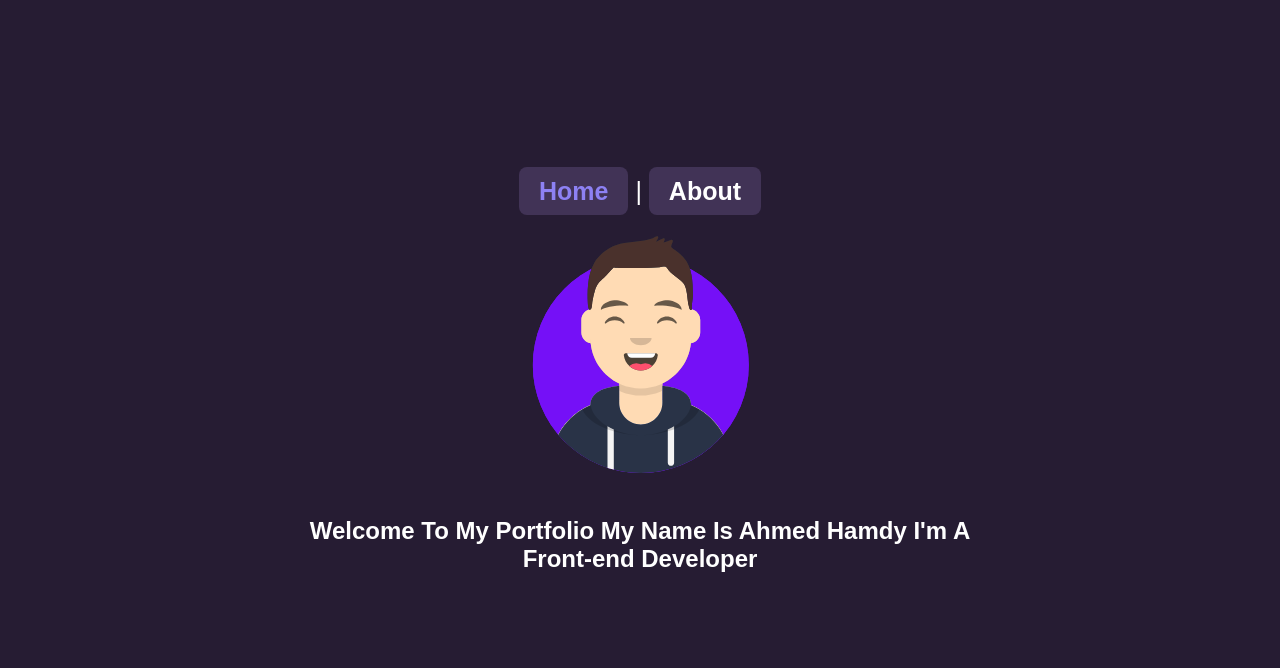
Repository: ahamdy997/portfolio
Page: /
An editor plug-in stored every save of this project. The page is shown before and after the next save, followed by the edit.
The browser window is 1280 px wide. The pictures show the whole page.
The project was rebuilt for these pictures with package versions that can differ from the ones it lists, and the page was loaded fresh each time. Also part of the build but not shown: vue.config.js.

Above is the page before, as saved 2023-11-05 02:30:01.

### public/index.html
<!DOCTYPE html>
<html lang="">
  <head>
    <meta charset="utf-8" />
    <meta http-equiv="X-UA-Compatible" content="IE=edge" />
    <meta name="viewport" content="width=device-width,initial-scale=1.0" />
    <link rel="icon" href="<%= BASE_URL %>favicon.ico" />
    <title><%= htmlWebpackPlugin.options.title %></title>
  </head>
  <body>
    <noscript>
      <strong
        >We're sorry but <%= htmlWebpackPlugin.options.title %> doesn't work
        properly without JavaScript enabled. Please enable it to
        continue.</strong
      >
    </noscript>
    <div id="app"></div>
    <!-- built files will be auto injected -->
    <!-- <css-doodle>
      :doodle { @grid: 1x3 / 100vmax; position: absolute; top: 0; left: 0;
      z-index: -1; } @size: 100% 150%; position: absolute; background: @m(100, (
      linear-gradient(transparent, @p( #FFFDE1@repeat(2, @p([0-9a-f])),
      #FB3569@repeat(2, @p([0-9a-f])) )) @r(0%, 100%) @r(0%, 100%) / @r(1px)
      @r(23vmin) no-repeat )); will-change: transform; animation: f 50s linear
      calc(-50s / @size() * @i()) infinite; @keyframes f { from { transform:
      translateY(-100%) } to { transform: translateY(100%) } }
    </css-doodle>

    <script src="https://unpkg.com/css-doodle@0.6.1/css-doodle.min.js"></script> -->
  </body>
</html>

### src/App.vue
<template>
  <header>
    <nav>
      <router-link to="/">Home</router-link> |
      <router-link to="/about">About</router-link>
    </nav>
  </header>
  <router-view />
</template>

<style>
#app {
  text-align: center;
  color: white;
}
* {
  box-sizing: border-box;
  padding: 0;
  margin: 0;
}
header {
  font-size: 25px;
  width: 100%;
}
nav {
  padding: 30px;
  text-align: center;
}
body {
  font-family: sans-serif;
  height: 100vh;
  background: #261c33;
  display: flex;
  align-items: center;
  justify-content: center;
  width: 100vw;
}
nav a {
  font-weight: bold;
  color: #fff;
  text-decoration: none;
  border-radius: 8px;
  background-color: #56447092;
  padding: 10px 20px;
}
a:hover {
  color: rgba(137, 147, 200, 0.7);
}

nav a.router-link-exact-active {
  color: #8d81f3;
}
</style>

### src/views/HomeView.vue
<template>
  <div class="home">
    <img src="../assets/mf-avatar.svg" alt="happy person" />
    <HelloWorld msg="Welcome to Your Vue.js App" />
  </div>
</template>

<script>
// @ is an alias to /src
import HelloWorld from "@/components/HelloWorld.vue";

export default {
  name: "HomeView",
  components: {
    HelloWorld,
  },
};
</script>
<style scoped>
img {
  margin-bottom: 40px;
}
</style>

### src/components/HelloWorld.vue
<template>
  <div class="hello">
    <h2>
      Welcome To My Portfolio My Name Is Ahmed Hamdy I'm A Front-end Developer
    </h2>
  </div>
</template>

<script>
export default {
  name: "HelloWorld",
  props: {
    msg: String,
  },
};
</script>

<!-- Add "scoped" attribute to limit CSS to this component only -->
<style scoped>
.hello {
  margin: auto;
  width: 80%;
}
h3 {
  margin: 40px 0 0;
}
ul {
  list-style-type: none;
  padding: 0;
}
li {
  display: inline-block;
  margin: 0 10px;
}
a {
  color: #42b983;
}
</style>

Loaded but not shown: src/main.js (common file); src/router/index.js (common file)

After the next save:
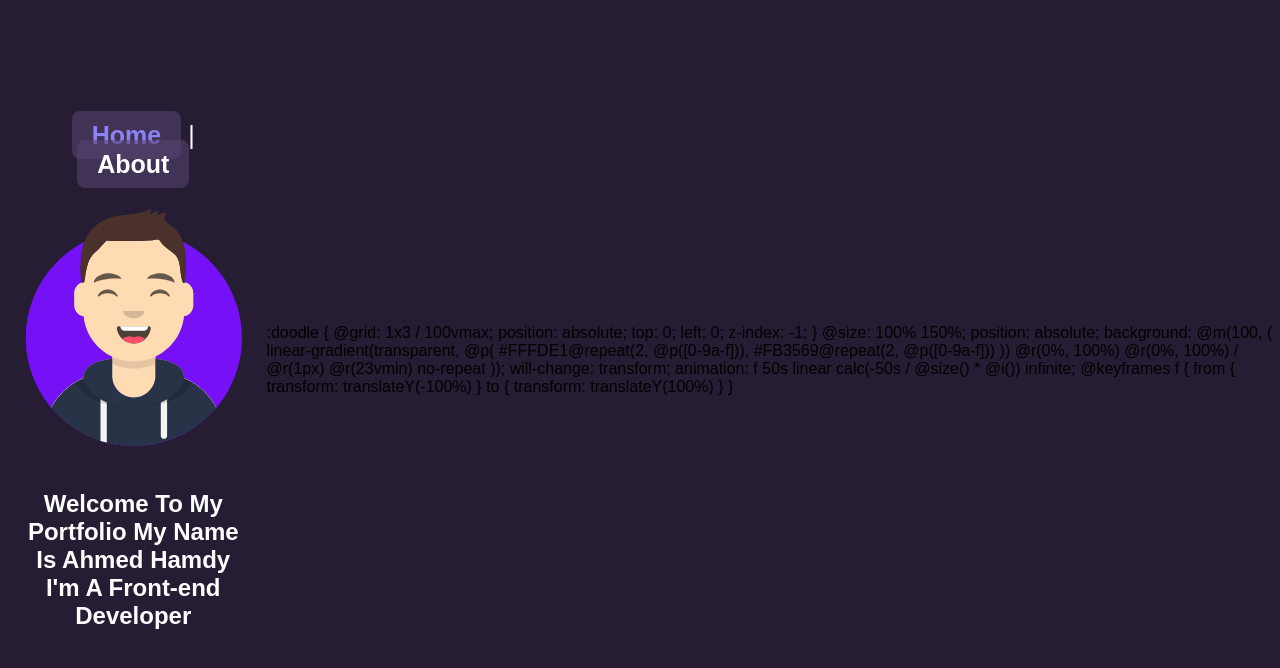
Saved 31 s later.
--- a/public/index.html
+++ b/public/index.html
@@ -17,7 +17,7 @@
     </noscript>
     <div id="app"></div>
     <!-- built files will be auto injected -->
-    <!-- <css-doodle>
+    <css-doodle>
       :doodle { @grid: 1x3 / 100vmax; position: absolute; top: 0; left: 0;
       z-index: -1; } @size: 100% 150%; position: absolute; background: @m(100, (
       linear-gradient(transparent, @p( #FFFDE1@repeat(2, @p([0-9a-f])),
@@ -27,6 +27,6 @@
       translateY(-100%) } to { transform: translateY(100%) } }
     </css-doodle>
 
-    <script src="https://unpkg.com/css-doodle@0.6.1/css-doodle.min.js"></script> -->
+    <script src="https://unpkg.com/css-doodle@0.6.1/css-doodle.min.js"></script>
   </body>
 </html>

After the 4 saves that followed:
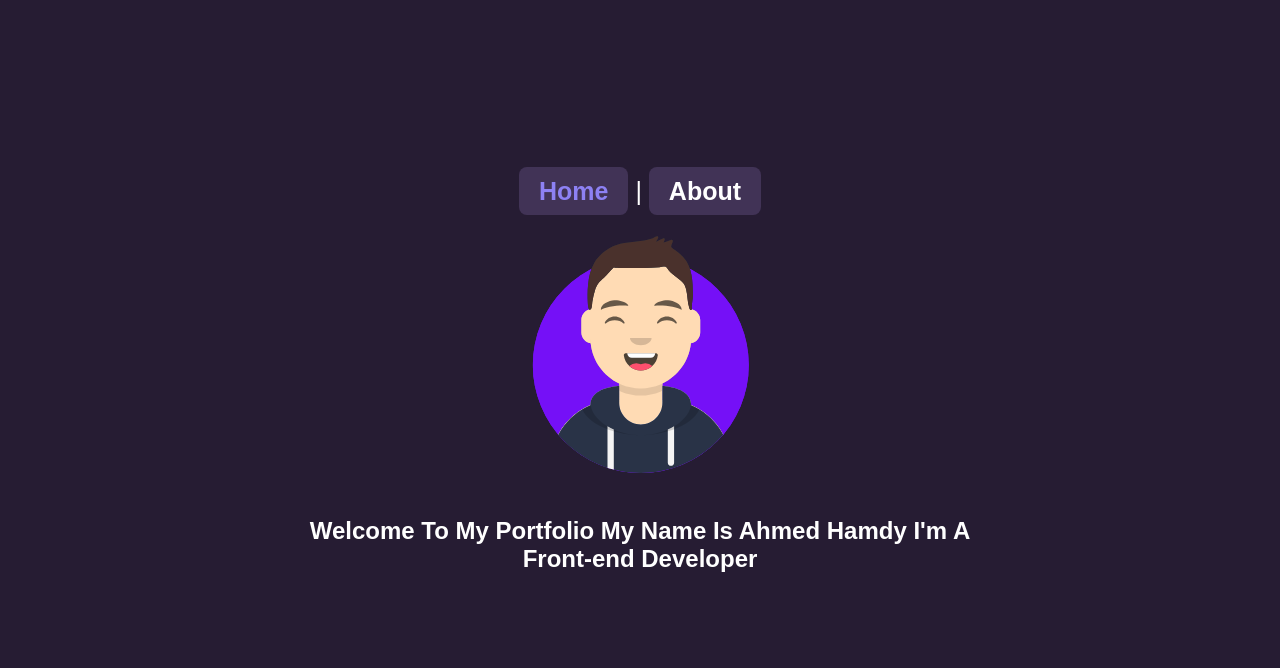
The 4 saves are shown as one change because 3 left the picture as it was.
The last was saved 9 min 38 s later.
--- a/public/index.html
+++ b/public/index.html
@@ -18,13 +18,18 @@
     <div id="app"></div>
     <!-- built files will be auto injected -->
     <css-doodle>
-      :doodle { @grid: 1x3 / 100vmax; position: absolute; top: 0; left: 0;
-      z-index: -1; } @size: 100% 150%; position: absolute; background: @m(100, (
-      linear-gradient(transparent, @p( #FFFDE1@repeat(2, @p([0-9a-f])),
-      #FB3569@repeat(2, @p([0-9a-f])) )) @r(0%, 100%) @r(0%, 100%) / @r(1px)
-      @r(23vmin) no-repeat )); will-change: transform; animation: f 50s linear
-      calc(-50s / @size() * @i()) infinite; @keyframes f { from { transform:
-      translateY(-100%) } to { transform: translateY(100%) } }
+      <style>
+        @grid: 1 / 100vw 100vh / #125cde;
+        @content: @Svg(
+          viewBox: -50 -50 100 100 padding -20;
+          circle*500 {
+            fill: hsl(@calc(120-90*@sin.n), 80%, 50%);
+            r: @sqrt(@n/60);
+            cx: @calc(@n*.618^4 * cos(2π*@n*.618));
+            cy: @calc(@n*.618^4 * sin(2π*@n*.618));
+          }
+        );
+      </style>
     </css-doodle>
 
     <script src="https://unpkg.com/css-doodle@0.6.1/css-doodle.min.js"></script>
--- a/src/App.vue
+++ b/src/App.vue
@@ -34,6 +34,7 @@ body {
   align-items: center;
   justify-content: center;
   width: 100vw;
+  overflow: hidden;
 }
 nav a {
   font-weight: bold;
